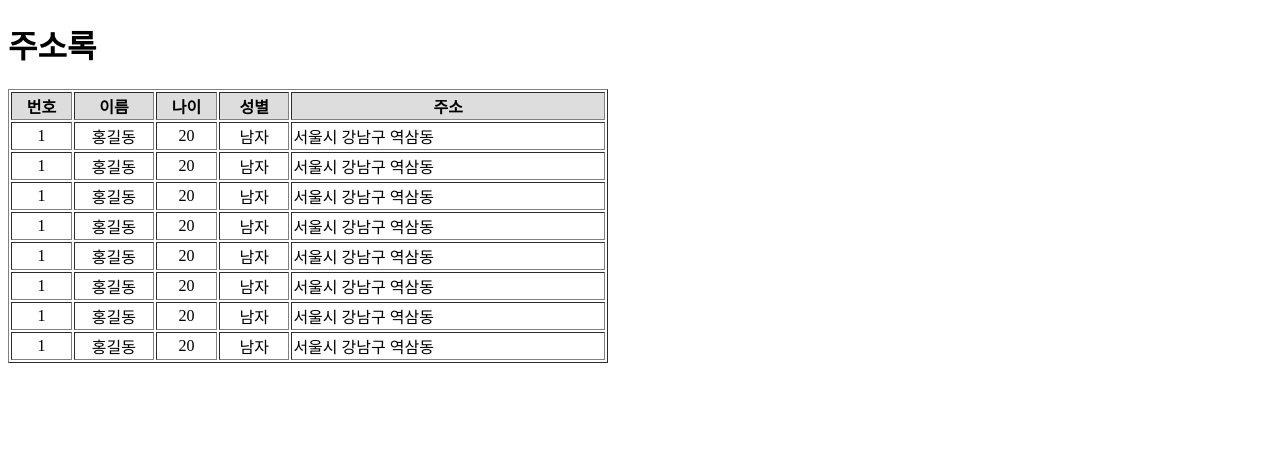
Repository: chanjin5212/Full-Stack-study
Page: client/ClientTest/src/main/webapp/html/ex16_table.html
The author's editor kept a copy of each file at every save. The page is drawn from the files as they stood at one save, then again after the next save.
The browser window is 1280 px wide. The pictures show the whole page.

Above is the page before, as saved 2022-05-24 07:21:27.

After the next save:
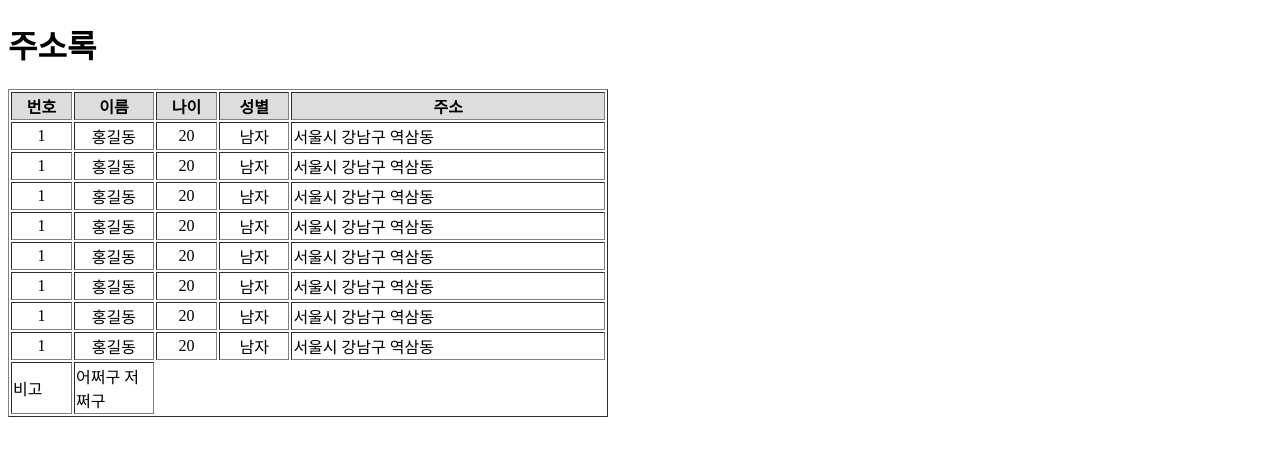
Saved 4 min 11 s later.
--- a/client/ClientTest/src/main/webapp/html/ex16_table.html
+++ b/client/ClientTest/src/main/webapp/html/ex16_table.html
@@ -90,6 +90,10 @@
 			<td align="center">남자</td>
 			<td>서울시 강남구 역삼동</td>
 		</tr>
+		<tr>
+			<td>비고</td>
+			<td>어쩌구 저쩌구</td>
+		</tr>
 	</table>
 
 
